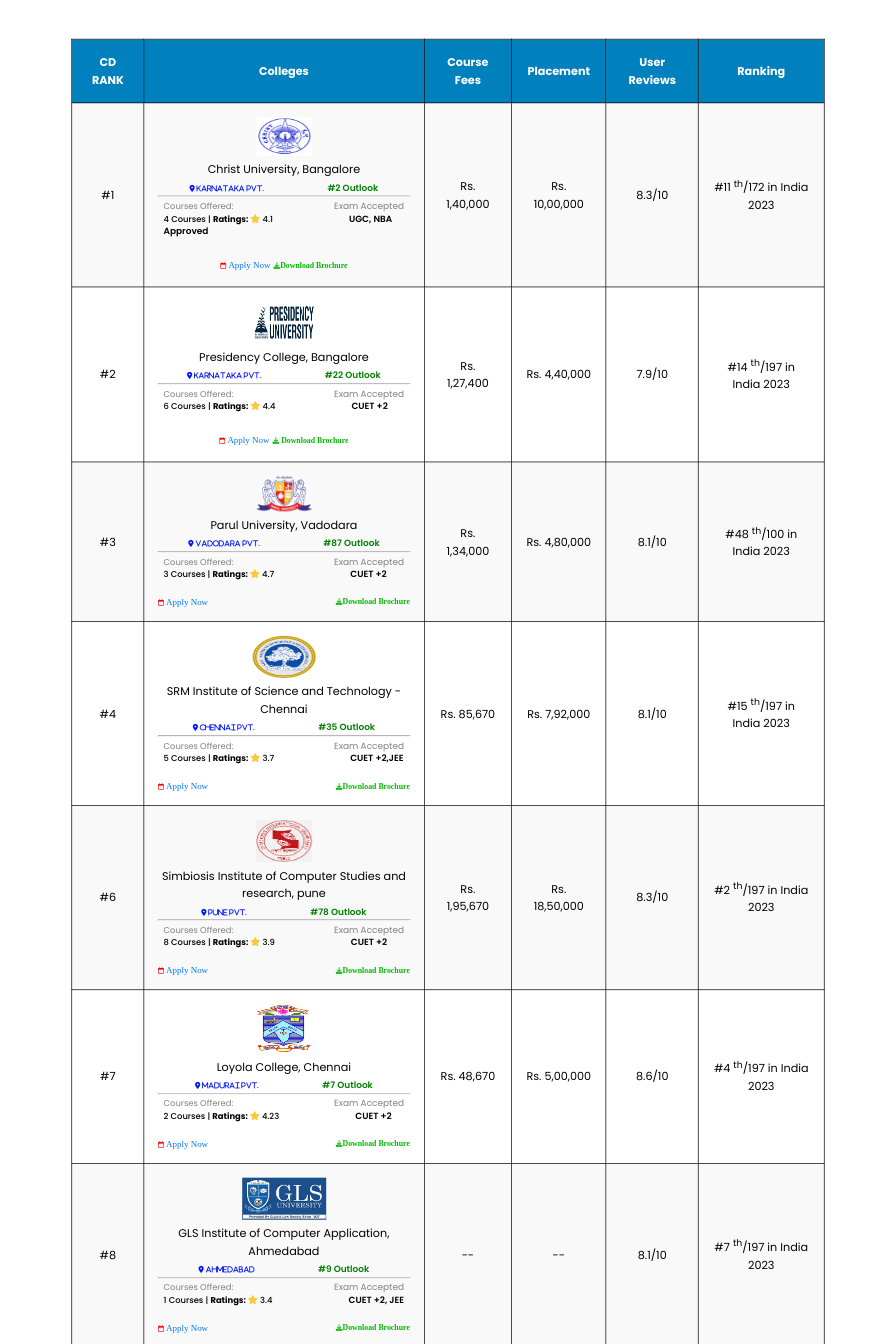
Repository: NamanSahu09/VidyaPreet-Ed-Tech-Website
Page: bca.html
An editor plug-in stored every save of this project. The page is shown before and after a run of saves, followed by the edit.
The browser window is 1280 px wide. The pictures show the part of the page from y = 479 to 2399 px (the page is 3593 px tall before and 3569 px after), at 70% of full size.
Some web libraries are served in a nearby version.

Above is the page before, as saved 2024-04-15 01:16:46.

After the next 2 saves:
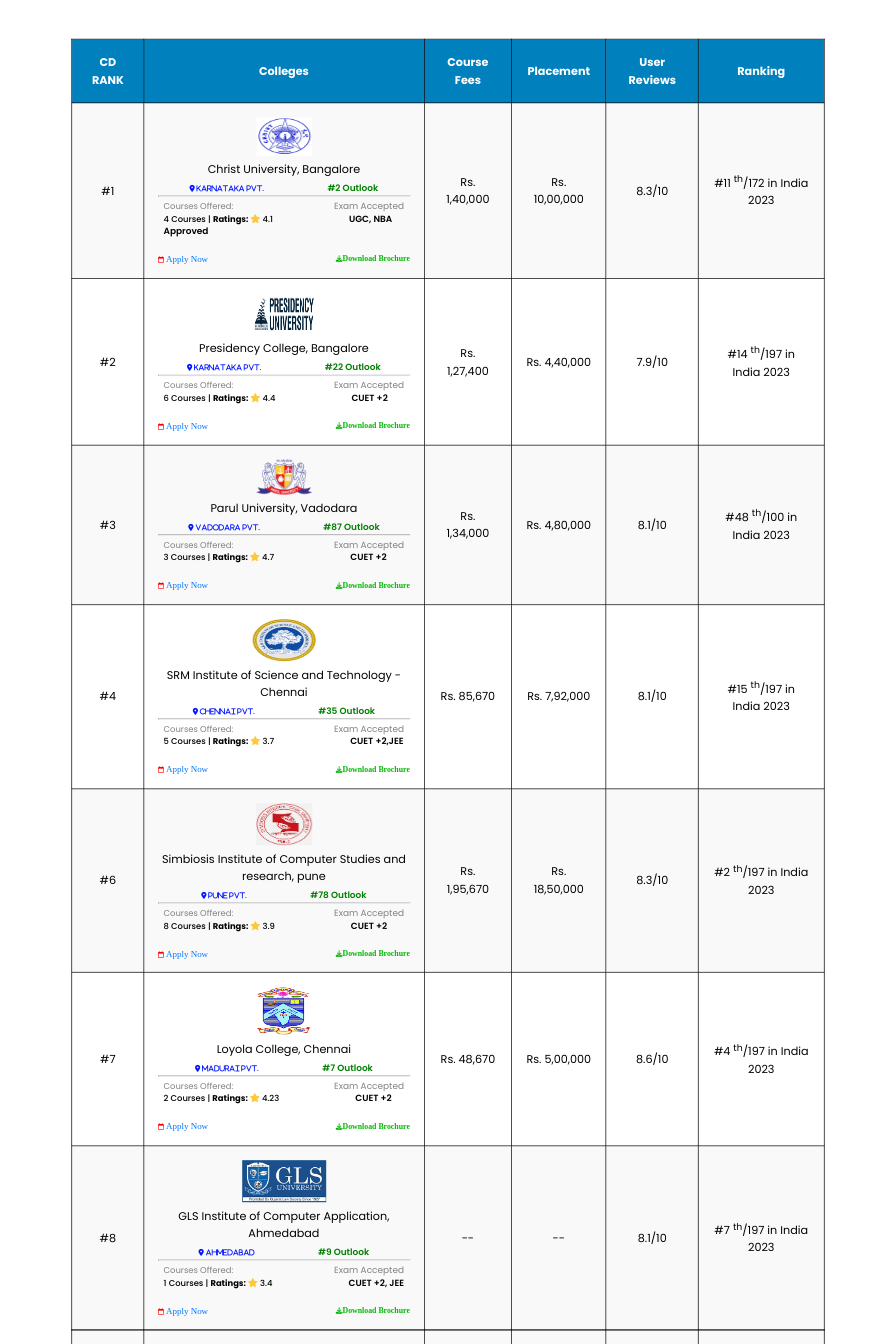
The 2 saves are shown as one change because they came seconds apart.
The last was saved 11 s later.
--- a/bca.html
+++ b/bca.html
@@ -165,10 +165,12 @@
 
 <br>
 
-	<i class="fa-regular fa-calendar" align="left"><a href="https://christuniversity.in/"> Apply Now </a></i>
-	<i class="fa-solid fa-download"><a href="js files/st_stephens.pdf" download>Download Brochure</a></i>
-
-
+<div class="downloadd">
+
+	<i class="fa-regular fa-calendar" align="left"><a href="https://christuniversity.in/"> Apply Now </a></i>
+	<i class="fa-solid fa-download"><a href="js files/st_stephens.pdf" download>Download Brochure</a></i>
+
+</div>
 
 
 
@@ -213,10 +215,12 @@
 	</p>
 
 <br>
-
-	<i class="fa-regular fa-calendar" align="left"><a href="https://presidencycollege.ac.in/?id=1"> Apply Now </a></i>
-	<i class="fa-solid fa-download" ><a href=""> Download Brochure </a></i>
-
+<div class="downloadd">
+
+	<i class="fa-regular fa-calendar" align="left"><a href="https://christuniversity.in/"> Apply Now </a></i>
+	<i class="fa-solid fa-download"><a href="js files/st_stephens.pdf" download>Download Brochure</a></i>
+
+</div>
 
 		</td>
 	<td>Rs. 1,27,400</td>
